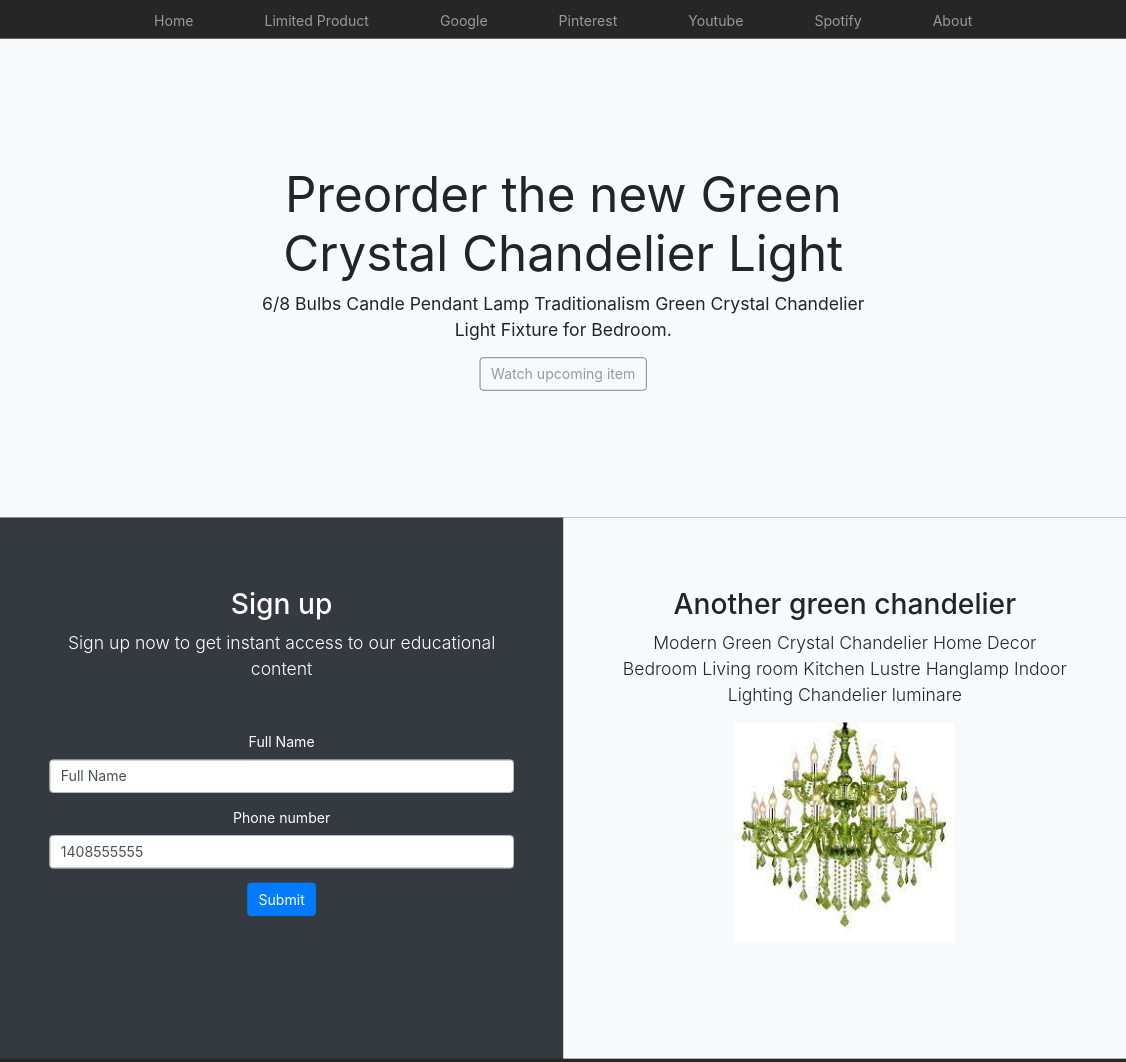
Repository: ArletteUgalde/ArletteUgalde-Website
Page: lab1/LearnCS8-Twilio/index.html
The author's editor kept a record of every edit. The page is drawn from the files as they stood at one moment, then again after the next edit.
The browser window is 1280 px wide. The pictures show the whole page, at 88% of full size.

Above is the page before.

After the next edit:
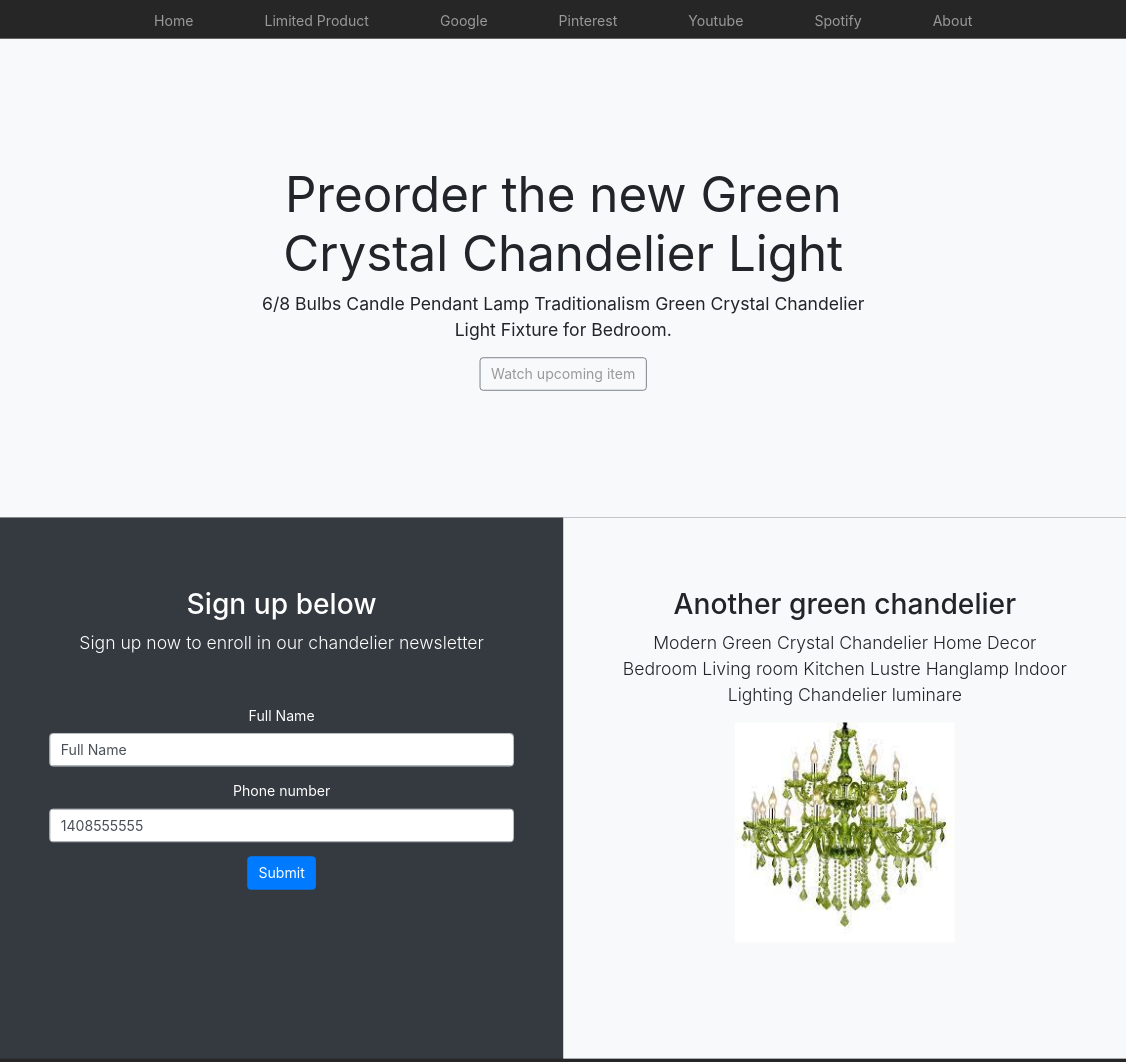
The edit:
--- a/lab1/LearnCS8-Twilio/index.html
+++ b/lab1/LearnCS8-Twilio/index.html
@@ -38,8 +38,8 @@
 <div class="d-md-flex flex-md-equal w-100">
     <div class="bg-dark pt-3 px-3 pt-md-5 px-md-5 text-center text-white overflow-hidden">
         <div class="my-3 py-3">
-            <h2 class="display-5">Sign up</h2>
-            <p class="lead">Sign up now to get instant access to our educational content</p>
+            <h2 class="display-5">Sign up below</h2>
+            <p class="lead">Sign up now to enroll in our chandelier newsletter </p>
         </div>
         <!-- Web form when submitted will send a text message -->
         <form class="p-2" onsubmit="sendTextMessage(); return false;">
